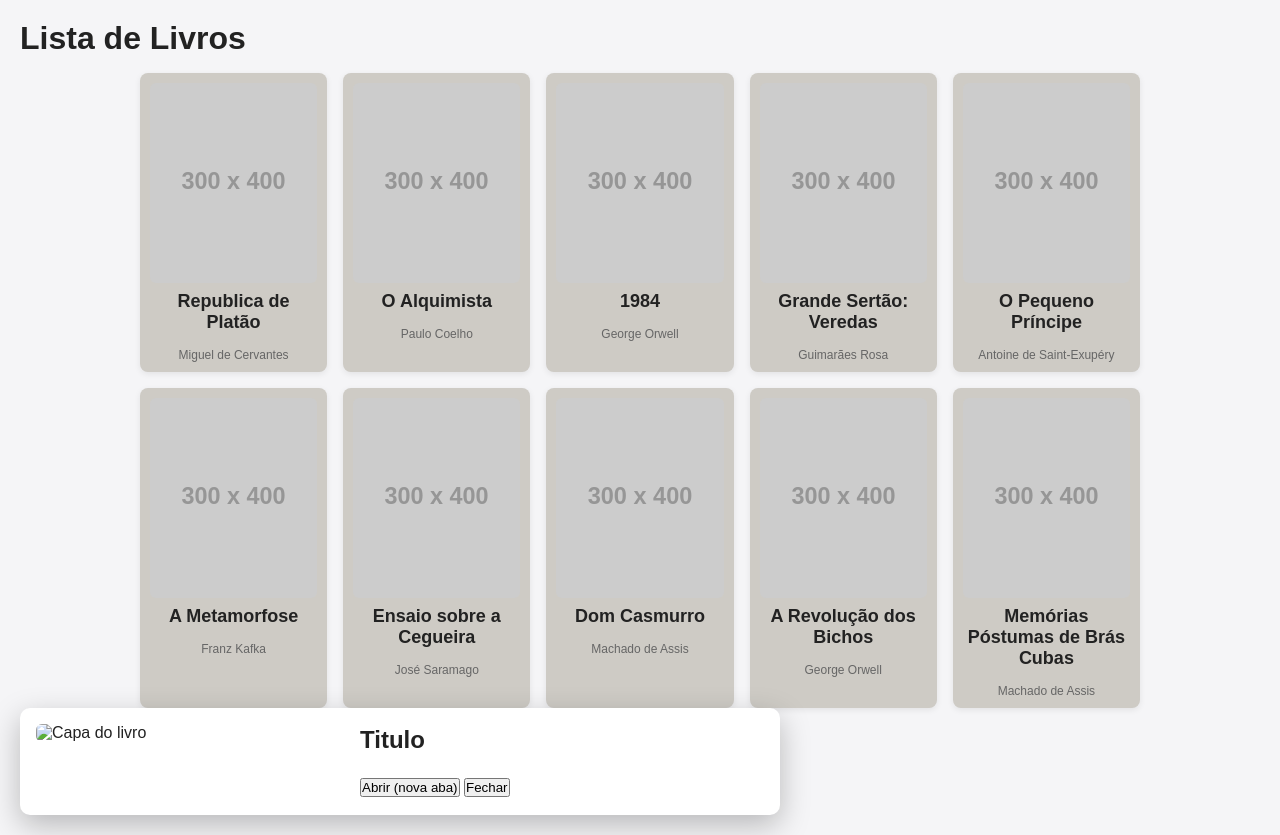
Repository: cleytonds/Biblioteca
Page: templates/lista_livros.HTML
These files come from the project's save history. The page is drawn as it stood at one moment and after the next save; the edit follows.
The browser window is 1280 px wide. The pictures show the whole page.

Above is the page before, as saved 2025-11-15 17:23:05.

After the next save:
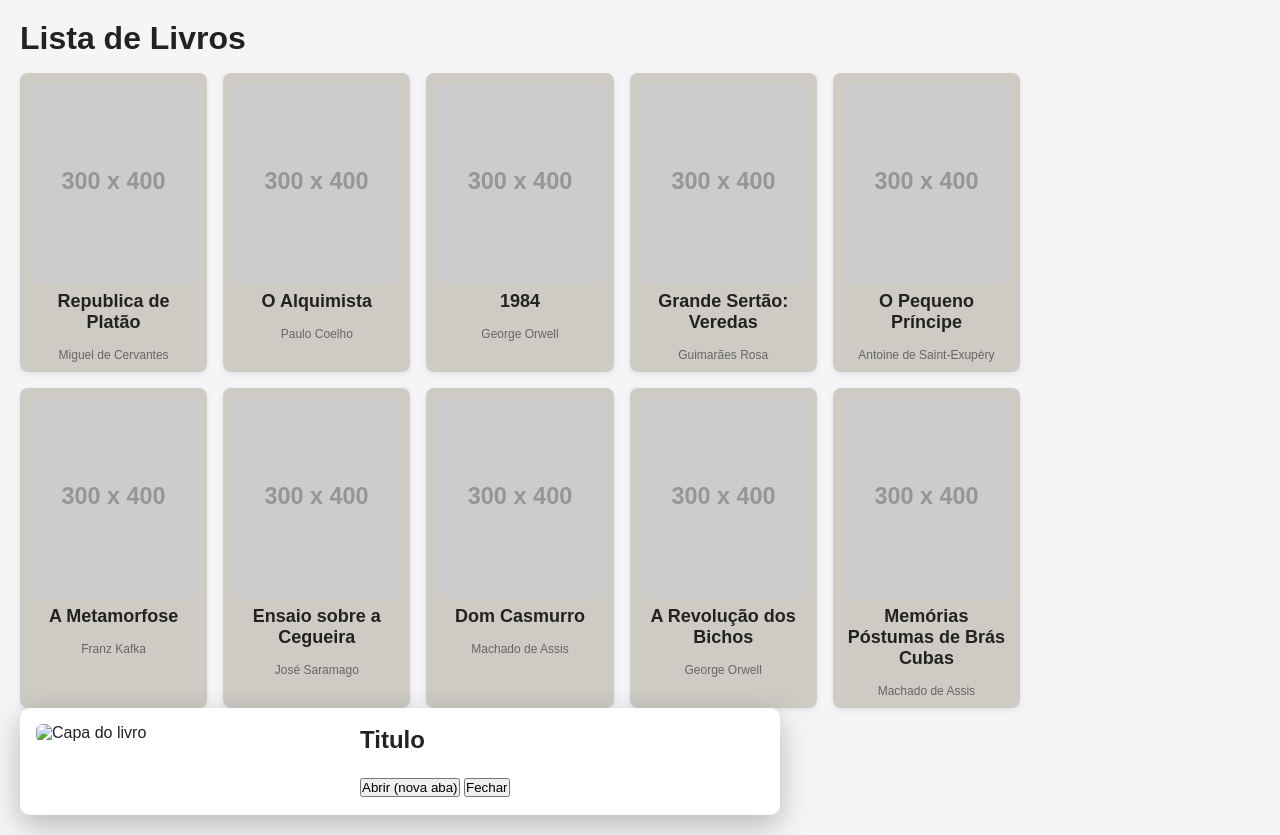
Saved 22 s later.
--- a/Static/lista_de_livros.css
+++ b/Static/lista_de_livros.css
@@ -27,10 +27,9 @@
 
     /*centralização*/
     justify-content: center;
-
     width: 100%;
     max-width: 1000px;
-    margin: 0 auto;
+    margin: 0 center;
 
 }
 .book {

After the save that followed:
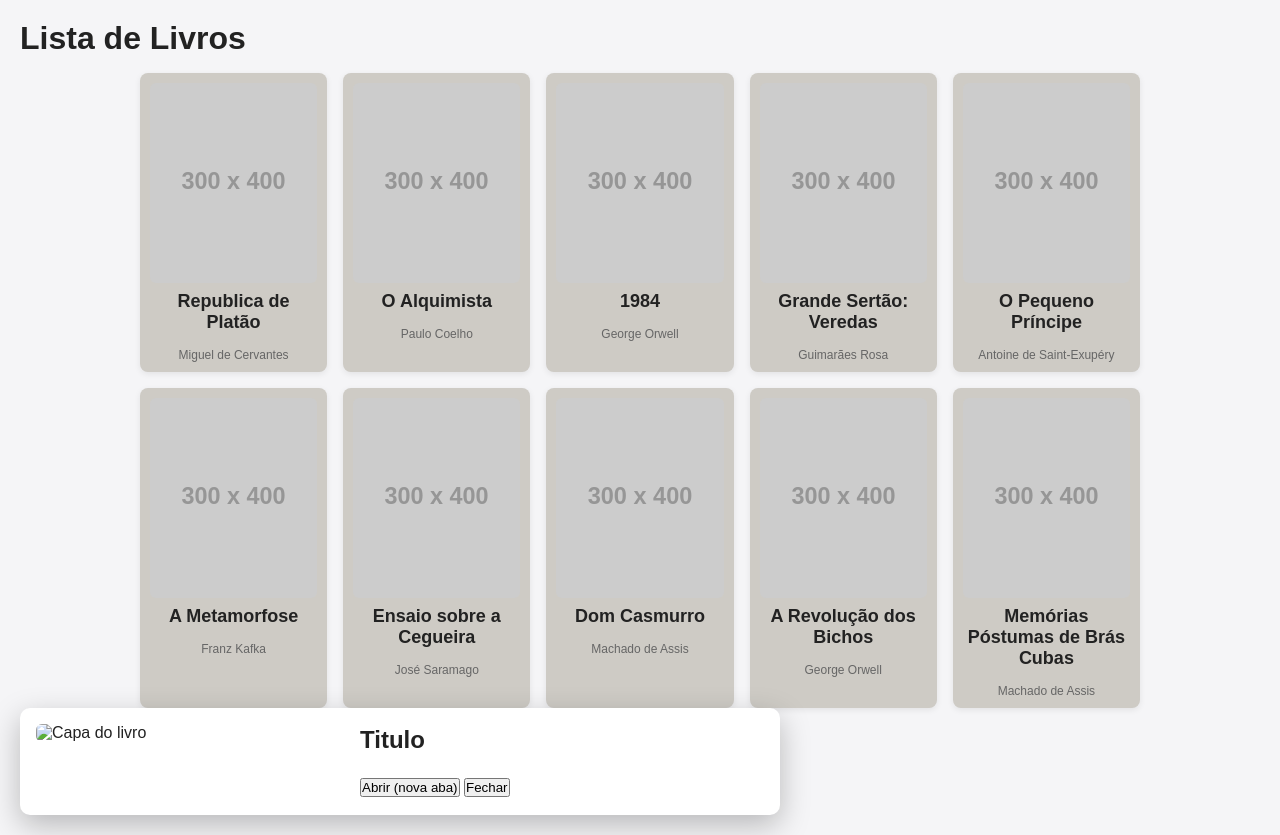
Saved 8 s later.
--- a/Static/lista_de_livros.css
+++ b/Static/lista_de_livros.css
@@ -29,7 +29,7 @@
     justify-content: center;
     width: 100%;
     max-width: 1000px;
-    margin: 0 center;
+    margin: 0 auto;
 
 }
 .book {
